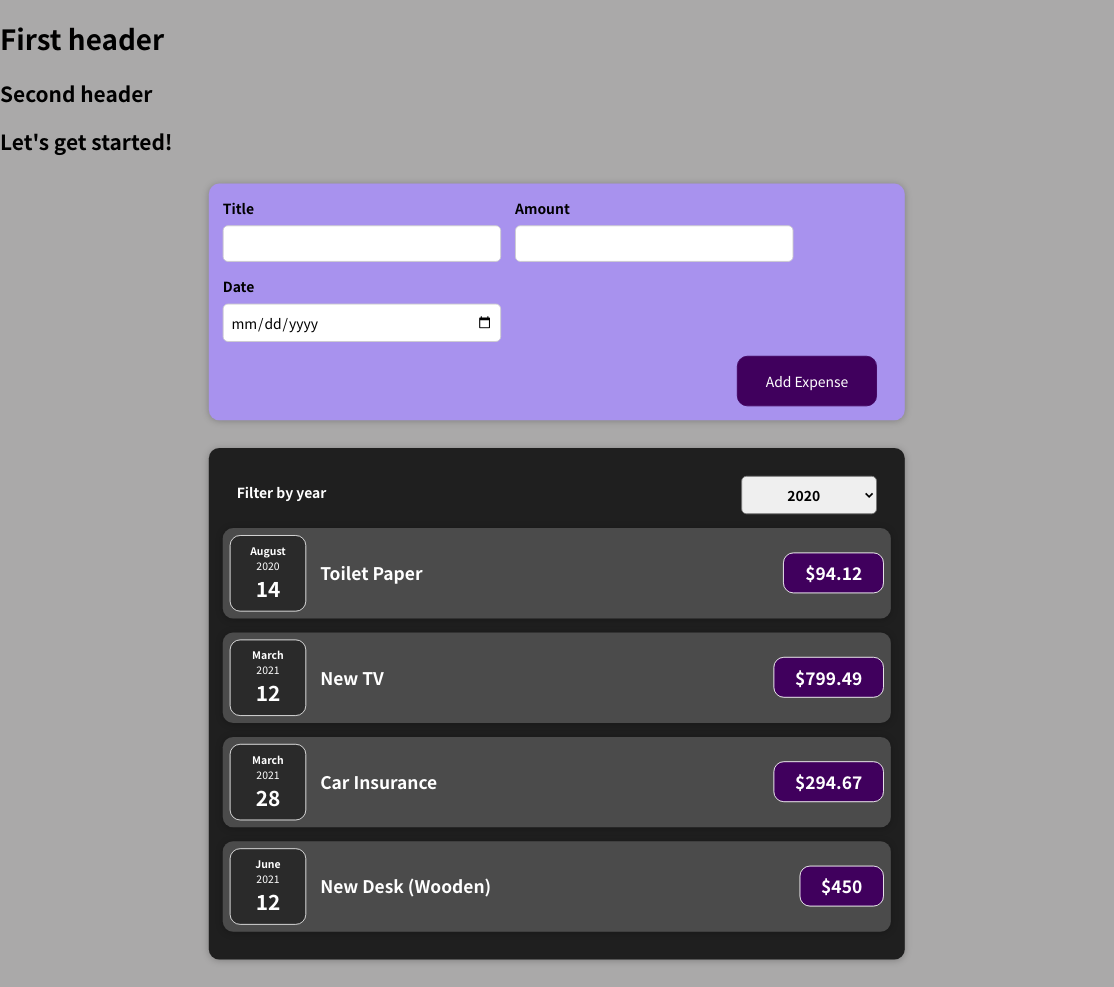
Repository: otvertka/MSC
Page: /
The author's editor kept a copy of each file at every save. The page is drawn from the files as they stood at one save, then again after the next save.
The browser window is 1280 px wide. The pictures show the whole page, at 87% of full size.
The project was rebuilt for these pictures with package versions that can differ from the ones it lists, and the page was loaded fresh each time.

Above is the page before, as saved 2023-06-27 16:43:46.

After the next save:
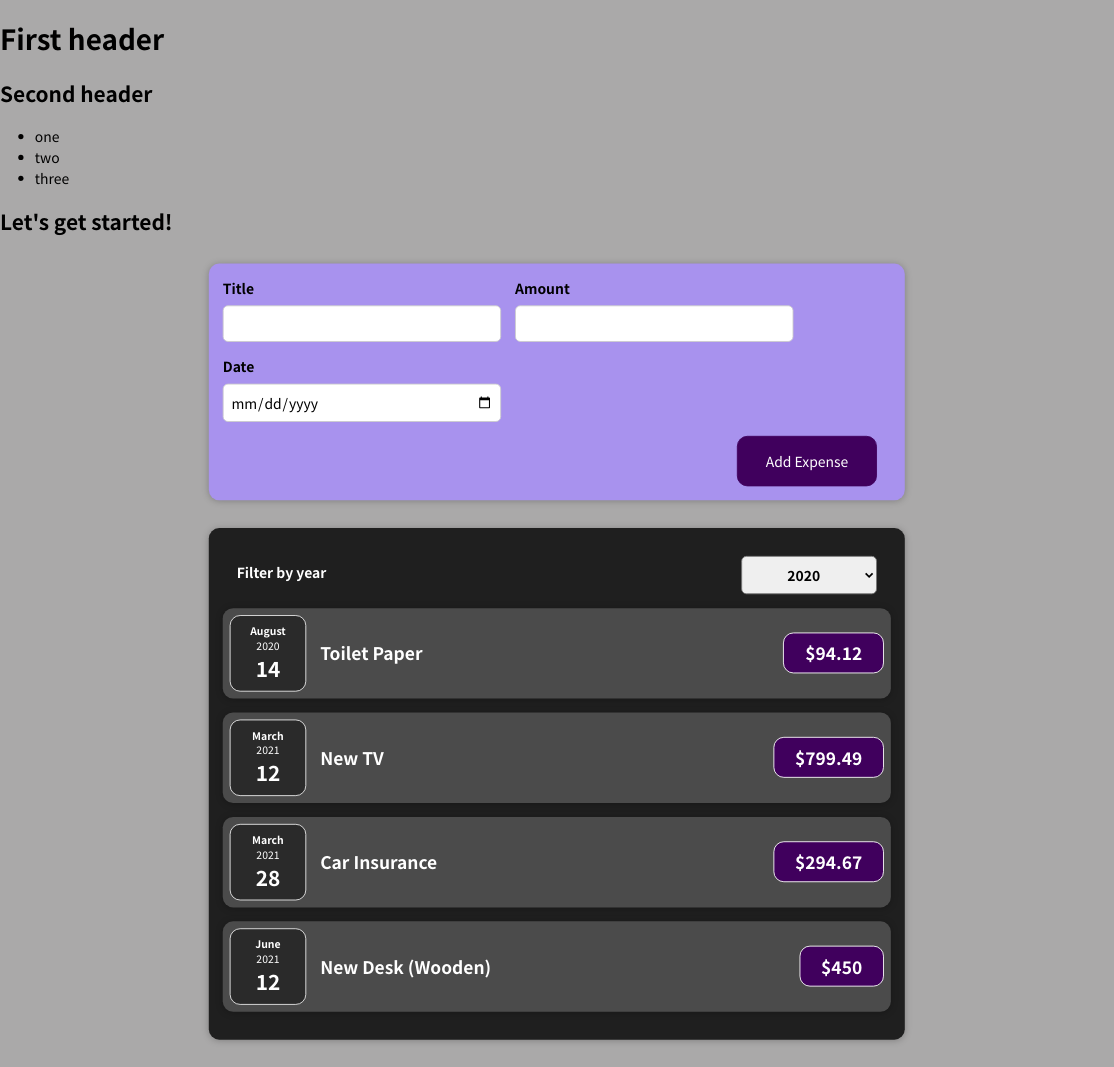
Saved 68 s later.
--- a/src/components/Header.js
+++ b/src/components/Header.js
@@ -3,6 +3,7 @@ function Header(props) {
     <header>
       <h1>First header</h1>
       <h2>Second header</h2>
+      <Nav />
     </header>
   );
 }
